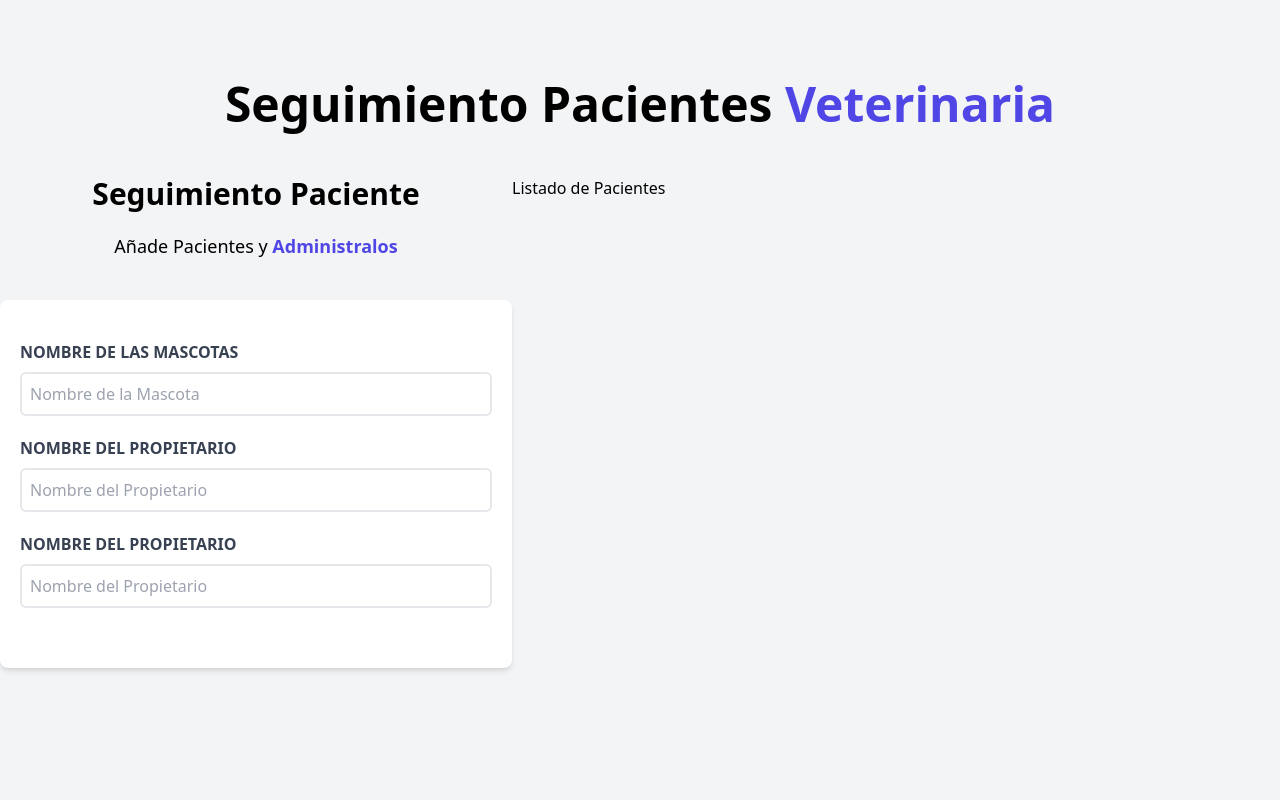
Repository: richardacb/citas_react_vite
Page: /
These files come from the project's save history. The page is drawn as it stood at one moment and after the next save; the edit follows.
The browser window is 1280 px wide. The pictures show the whole page.
The project was rebuilt for these pictures with package versions that can differ from the ones it lists, and the page was loaded fresh each time. Also part of the build but not shown: vite.config.js.

Above is the page before, as saved 2022-12-17 02:50:03.

### src/App.jsx
import { useState } from "react";
import Header from "./components/Header";
import Formulario from "./components/Formulario";
import ListadoPacientes from "./components/ListadoPacientes";

function App() {
  return (
    <div className="container mx-auto mt-20">
      <Header />
      <div className="mt-12 md:flex">
        <Formulario />
        <ListadoPacientes />
      </div>
    </div>
  );
}

export default App;

### src/components/Header.jsx
function Header() {
  return (
    <>
        <h1 className="font-black text-5xl text-center md:w-2/3 mx-auto">Seguimiento Pacientes {''}
         <span className="text-indigo-600">Veterinaria</span></h1>
    </>
  );
}

export default Header;

### src/components/Formulario.jsx
const Formulario = () => {
    return (
        <div className="md:w-1/2 lg:w-2/5">
            <h2 className="font-black text-3xl text-center">Seguimiento Paciente</h2>

            <p className="text-lg mt-5 text-center mb-10">
                Añade Pacientes y {''} <span className="text-indigo-600 font-bold">Administralos</span>
            </p>

            <form className="bg-white shadow-md rounded-lg py-10 px-5">
                <div className="mb-5">
                    <label  htmlFor="mascota" className="block text-gray-700 uppercase font-bold">
                        Nombre de las Mascotas
                    </label>
                    <input
                        id="mascota"
                        type="text"
                        placeholder="Nombre de la Mascota"
                        className="border-2 w-full p-2 mt-2 placeholder-gray-400 rounded-md"
                    />
                </div>

                <div className="mb-5">
                    <label  htmlFor="propietario" className="block text-gray-700 uppercase font-bold">
                        Nombre del Propietario
                    </label>
                    <input
                        id="propietario"
                        type="text"
                        placeholder="Nombre del Propietario"
                        className="border-2 w-full p-2 mt-2 placeholder-gray-400 rounded-md"
                    />
                </div>

                <div className="mb-5">
                    <label  htmlFor="email" className="block text-gray-700 uppercase font-bold">
                        Nombre del Propietario
                    </label>
                    <input
                        id="propietario"
                        type="text"
                        placeholder="Nombre del Propietario"
                        className="border-2 w-full p-2 mt-2 placeholder-gray-400 rounded-md"
                    />
                </div>

            </form>
        </div>
    )
}

export default Formulario;

### src/components/ListadoPacientes.jsx
const ListadoPacientes = () => {
  return (
    <div className="w-1/2 lg:w-3/5">
      <h2>Listado de Pacientes</h2>
    </div>
  );
};

export default ListadoPacientes;

Loaded but not shown: index.html (common file); src/main.jsx (common file); src/index.css (common file); tailwind.config.cjs (common file)

After the next save:
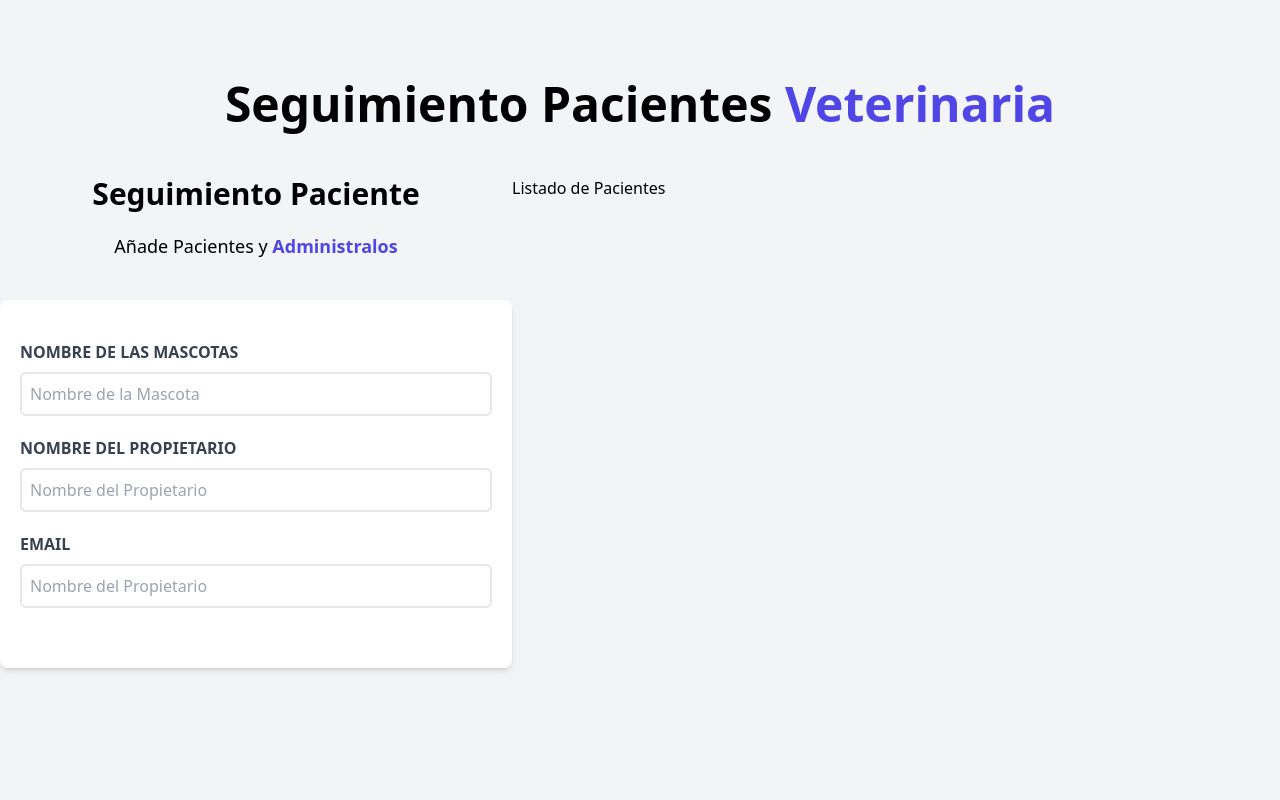
Saved 4 s later.
--- a/src/components/Formulario.jsx
+++ b/src/components/Formulario.jsx
@@ -34,7 +34,7 @@ const Formulario = () => {
 
                 <div className="mb-5">
                     <label  htmlFor="email" className="block text-gray-700 uppercase font-bold">
-                        Nombre del Propietario
+                        Email
                     </label>
                     <input
                         id="propietario"
